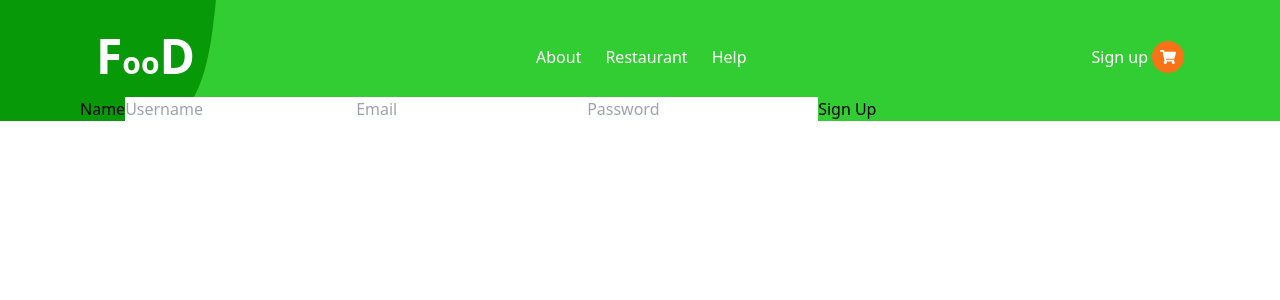
Repository: KhushiCode14/FoodWeb
Page: /signUp (app in frontend/)
These files come from the project's save history. The page is drawn as it stood at one moment and after the next save; the edit follows.
The browser window is 1280 px wide. The pictures show the whole page.
The project was rebuilt for these pictures with package versions that can differ from the ones it lists, and the page was loaded fresh each time. Also part of the build but not shown: frontend/src/Pages/Home.tsx, frontend/src/components/Home/SignIn.tsx, frontend/src/components/Home/Cart.tsx.

Above is the page before, as saved 2024-09-20 19:13:38.

### frontend/src/index.css
@tailwind base;
@tailwind components;
@tailwind utilities;

.bgBack{
  background-image: url(../src/components/images/background.svg);
}

### frontend/src/App.tsx
import { Route, BrowserRouter as Router, Routes, } from 'react-router-dom';
import './App.css';
import Navbar from './Pages/Navbar';
import Home from './Pages/Home';
import SignUp from './components/Home/SignUp';
import SignIn from './components/Home/SignIn';
import Cart from './components/Home/Cart';

function App() {
  return (
    <div className="App bgBack m-0 px-20 pt-2 max-sm:px-3 max-sm:pt-1">
      <Router>
        <Navbar />
        <Routes>
          <Route path="/" element={<Home />} />
          <Route path="/signUp" element={<SignUp />} />
          {/* Sign Up: This action is for new users who want to create an account. */}
          <Route path="/signIn" element={<SignIn />} />
          {/* Sign In: This action is for users who already have an account */}
          <Route path="/cart" element={<Cart />} />
          {/* <Route  path="/about" element={About} />
        <Route  path="/contact" element={Contact} /> */}
        </Routes>
      </Router>

    </div>
  );
}

export default App;

### frontend/src/Pages/Navbar.tsx
import { NavLink, Link } from "react-router-dom";
import { FaShoppingCart, FaCartPlus } from "react-icons/fa";
import { useState } from "react";
import { IoReorderThreeOutline } from "react-icons/io5";

interface Nav {
  to: string;
  linkName: string;
}

const Navbar: React.FC = () => {
  const [sign, setSign] = useState<string>('Sign up');
  const [menu, setMenu] = useState<boolean>(false);
  const [cart, setCart] = useState<JSX.Element>(<FaShoppingCart />);

  const navLinks: Nav[] = [
    { to: "/about", linkName: "About" },
    { to: "/", linkName: "Restaurant" },
    { to: "/help", linkName: "Help" },
  ];

  const handleSignToggle = () => {
    setSign((prev) => (prev === 'Sign up' ? 'Sign in' : 'Sign up'));
  };

  const handleCartToggle = () => {
    setCart((prevCart) =>
      prevCart.type === FaShoppingCart ? <FaCartPlus /> : <FaShoppingCart />
    );
  };

  return (
    <div className="mt-2 flex justify-between items-center text-white  p-4">
      <div className="font-bold text-3xl">
        <Link to="/">
          <span className="text-5xl">F</span>oo<span className="text-5xl">D</span>
        </Link>
      </div>

      {/* Desktop Menu */}
      <div className="hidden md:flex">
        {navLinks.map((link, index) => (
          <Link key={index} to={link.to} className="mx-3 hover:text-gray-400">
            {link.linkName}
          </Link>
        ))}
      </div>

      {/* Mobile Menu Button */}
      <div className="flex items-center relative">
        <button className="hidden md:block">
          <NavLink to="/signUp" onClick={handleSignToggle} className="m-1">
            {sign}
          </NavLink>
        </button>

        <div onClick={handleCartToggle} className="bg-orange-500 p-2 rounded-full cursor-pointer">
         <Link to="/cart"> {cart}</Link>
        </div>

        <div className="md:hidden flex items-center ml-3">
          <IoReorderThreeOutline onClick={() => setMenu(!menu)} className="text-2xl cursor-pointer" />
        </div>
      </div>

      {/* Mobile Dropdown Menu */}
      {menu && (
        <div className="md:hidden mt-2 absolute right-0 w-40 bg-orange-500  p-2 rounded-lg z-10 top-20">
          <ul className="flex flex-col">
            {navLinks.map((link, index) => (
              <li key={index} className="my-1">
                <Link to={link.to} className="block px-4 py-2 text-white text-1xl  hover:bg-orange-800 rounded">
                  {link.linkName}
                </Link>
              </li>
            ))}
          </ul>
        </div>
      )}
    </div>
  );
};

export default Navbar;

### frontend/src/components/Home/SignUp.tsx


const SignUp = () => {
  return (
    <div className="bg-inherit">
 <form>
  <label htmlFor="name" >Name
  <input type="text" placeholder="Username" />
  </label>
  <input type="email" placeholder="Email" />
  <input type="password" placeholder="Password" />
  <button type="submit">Sign Up</button>
 </form>
    </div>
  )
}

export default SignUp

### frontend/tailwind.config.js
/** @type {import('tailwindcss').Config} */
module.exports = {
  content: [
    "./src/**/*.{js,jsx,ts,tsx}",
  ],
  theme: {
    extend: {
      fontFamily: {
        'cursive': ['Pacifico', 'cursive']
      }
    },
  },
  plugins: [],
}

Loaded but not shown: frontend/public/index.html (common file); frontend/src/index.tsx (common file); frontend/src/reportWebVitals.ts (common file); frontend/src/App.css (no stored copy; drawn as an empty file)

After the next save:
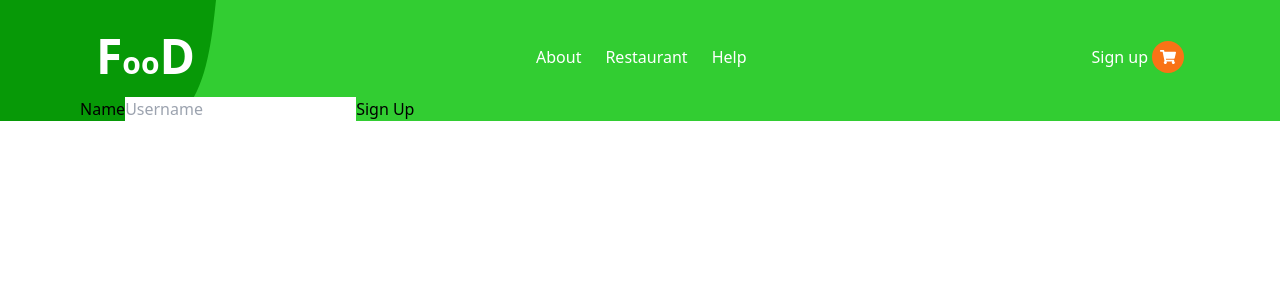
Saved 11 s later.
--- a/frontend/src/components/Home/SignUp.tsx
+++ b/frontend/src/components/Home/SignUp.tsx
@@ -7,8 +7,7 @@ const SignUp = () => {
   <label htmlFor="name" >Name
   <input type="text" placeholder="Username" />
   </label>
-  <input type="email" placeholder="Email" />
-  <input type="password" placeholder="Password" />
+
   <button type="submit">Sign Up</button>
  </form>
     </div>
